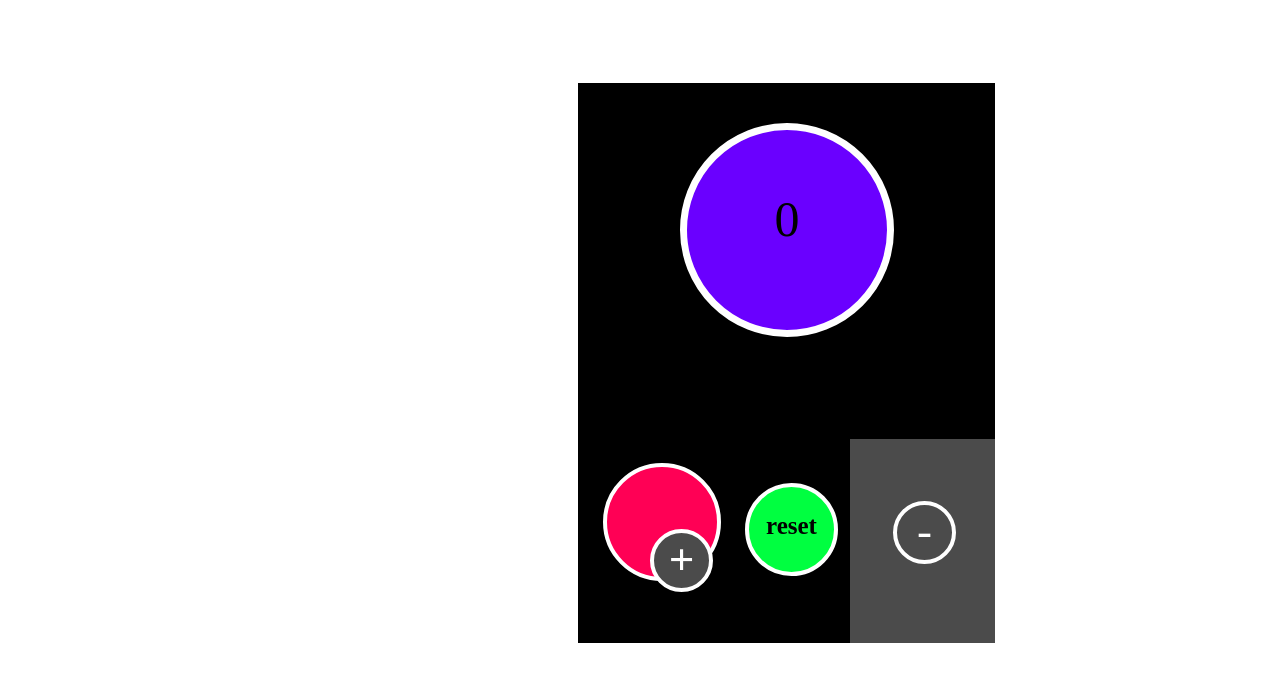
Repository: sara55m/Counter_App
Page: index.html
An editor plug-in stored every save of this project. The page is shown before and after the next save, followed by the edit.
The browser window is 1280 px wide. The pictures show the whole page.

Above is the page before, as saved 2024-07-31 18:22:28.

After the next save:
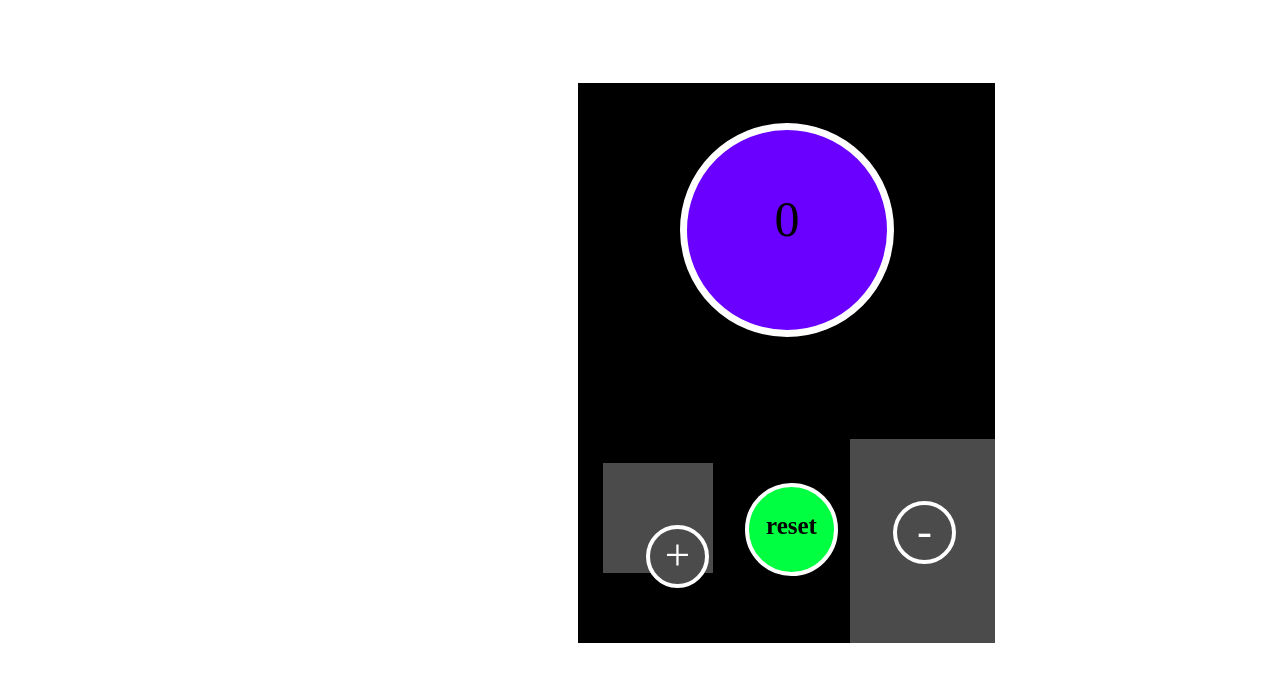
Saved 85 s later.
--- a/css/style.css
+++ b/css/style.css
@@ -33,10 +33,8 @@ p.one{
     left:25px;
     height:110px;
     width:110px;
-    border-radius: 50%;
-    background-color: rgb(255, 0, 85);
-    border:4px solid white;
-    font-weight: bolder;
+    background-color:#4b4b4b;
+
 }
 
 .increase .increase2{
